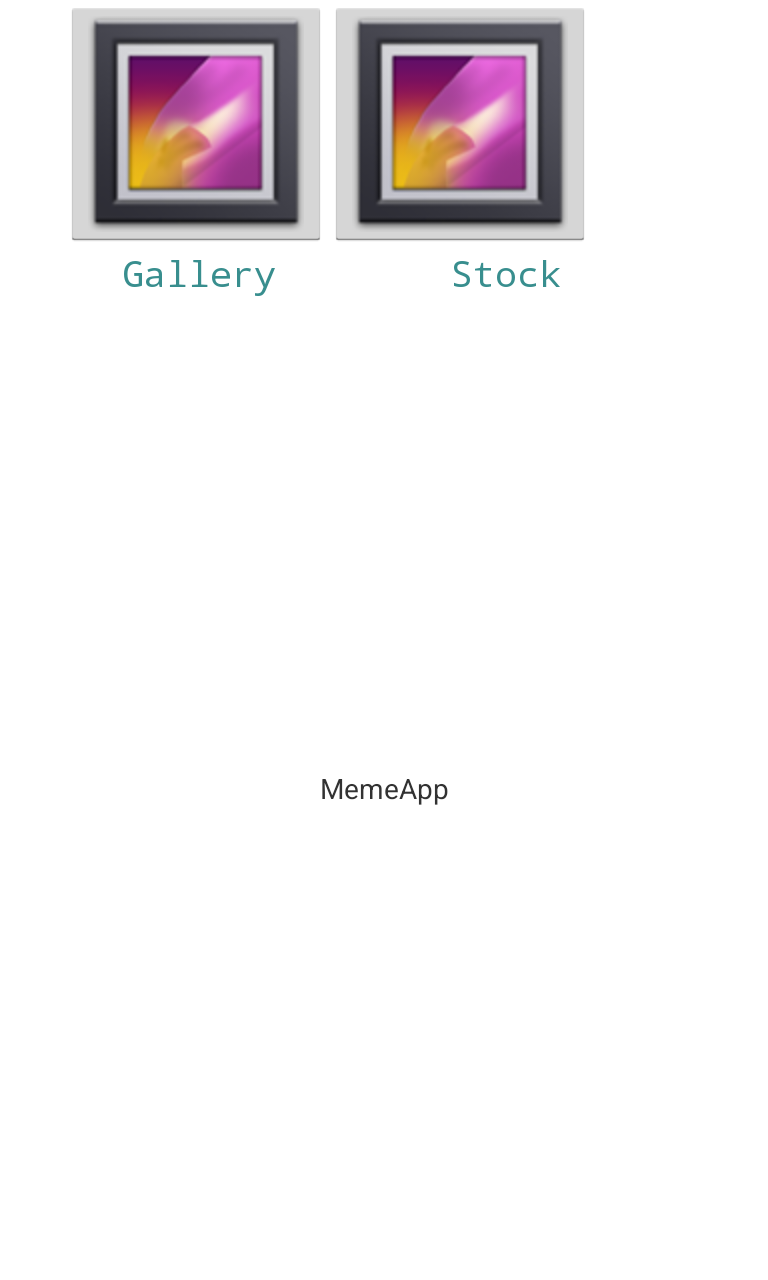
Repository: njb26/3093_Software_Engineering_2013
Layout: app/workspace/MemeApp/res/layout/activity_selection.xml
The author's editor kept a copy of each file at every save. The layout is drawn from the files as they stood at one save, then again after a run of saves.
It is drawn on a 768 x 1280 px phone screen (xhdpi) without system bars, with theme AppTheme; the app's code is not run.

Above is the layout before, as saved 2013-05-23 21:42:51.

After the next 2 saves:
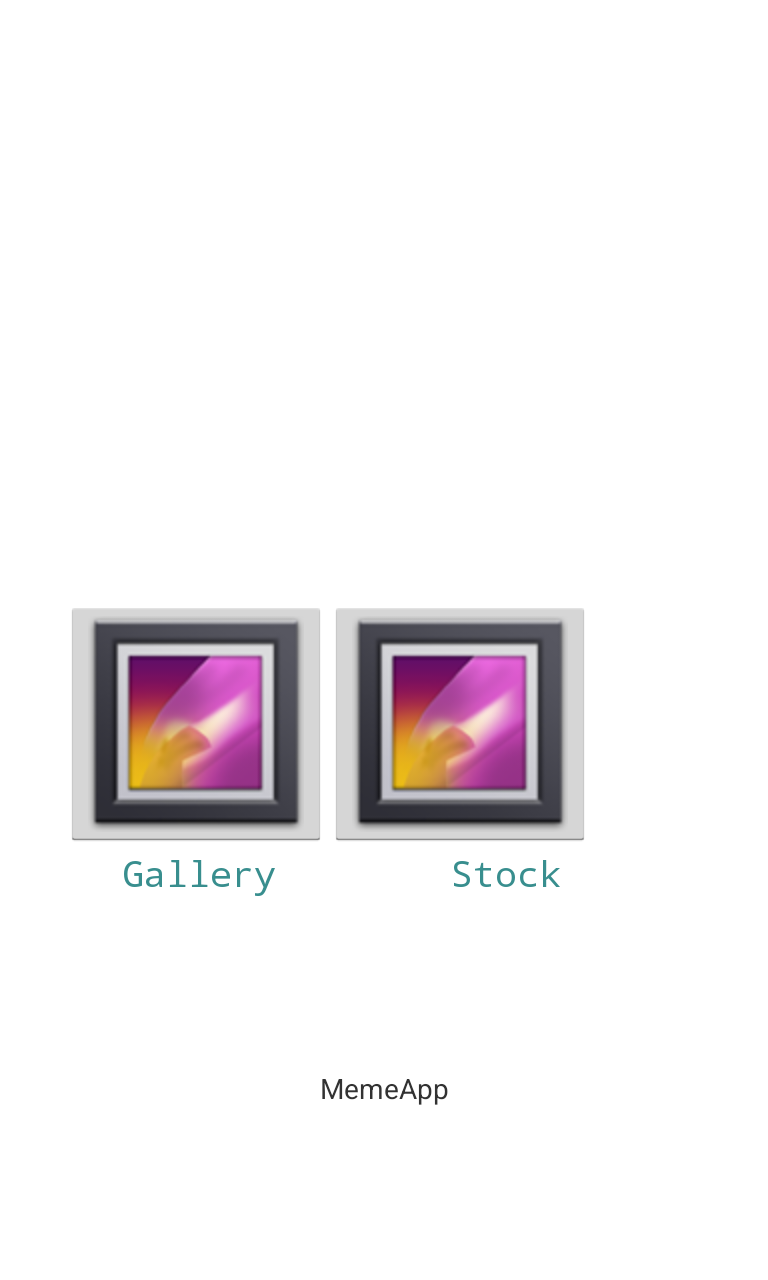
The 2 saves are shown as one change because 1 did not build or start.
The last was saved 63 s later.
--- a/app/workspace/MemeApp/res/layout/activity_selection.xml
+++ b/app/workspace/MemeApp/res/layout/activity_selection.xml
@@ -1,6 +1,7 @@
 <LinearLayout xmlns:android="http://schemas.android.com/apk/res/android"
     android:layout_width="wrap_content"
     android:layout_height="fill_parent"
+    android:paddingTop="300dp"
     android:paddingLeft="16dp"
     android:paddingRight="16dp"
     android:orientation="vertical">
